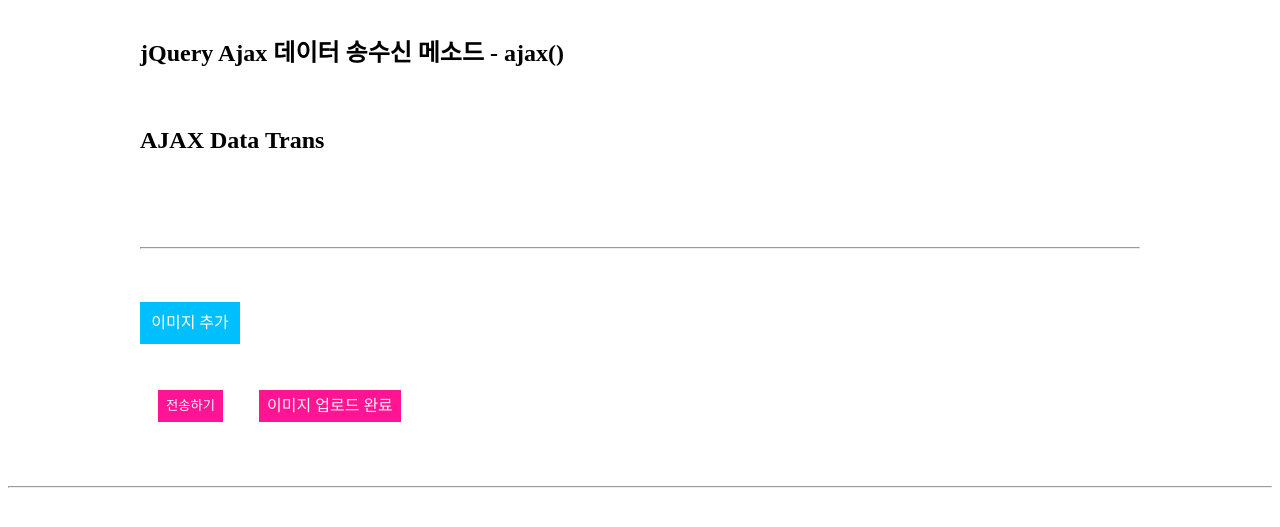
Repository: okgunyang/pro06_1
Page: http://localhost/ajax/test5
These files come from the project's save history. The page is drawn as it stood at one moment and after the next save; the edit follows.
The browser window is 1280 px wide. The pictures show the whole page.
The page is this project's Thymeleaf template; nobody is signed in. The template is opened directly, without the code that normally fills it, so the values that code supplies are empty.

Above is the page before, as saved 2022-12-23 04:44:29.

After the next save:
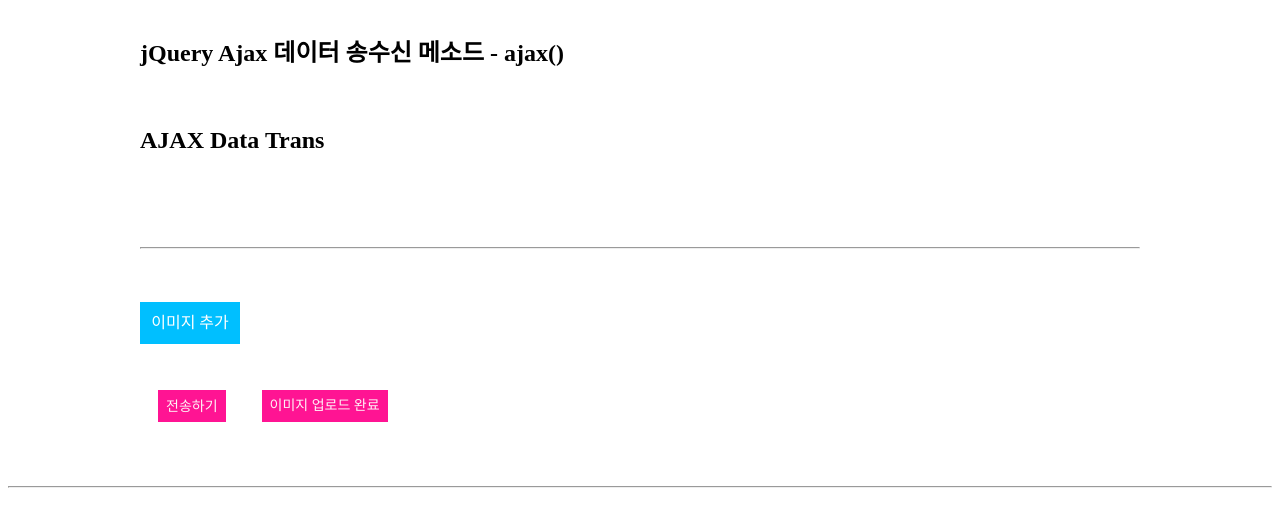
Saved 23 s later.
--- a/myapp/src/main/resources/templates/ajax/test5.html
+++ b/myapp/src/main/resources/templates/ajax/test5.html
@@ -17,7 +17,7 @@
     .table th { border-top:2px solid #333; }
     .table td, .table th { border-bottom:2px solid #333; }
     #addBtn { display:block; width:100px; height:42px; line-height:42px; background:deepskyblue; cursor: pointer; margin-bottom:28px; text-align:center; color:#fff; }
-	#submitBtn, #proBtn { border:none; display:block; padding:8px; background:deeppink; color: #FFF2F6; cursor:pointer; margin:18px; float:left; text-decoration:none; box-sizing:border-box; line-height:16px; }
+	#submitBtn, #proBtn { border:none; display:block; padding:8px; background:deeppink; color: #FFF2F6; cursor:pointer; margin:18px; float:left; text-decoration:none; box-sizing:border-box; font-size:14px; line-height:16px; }
     </style>
 </head>
 <body>
